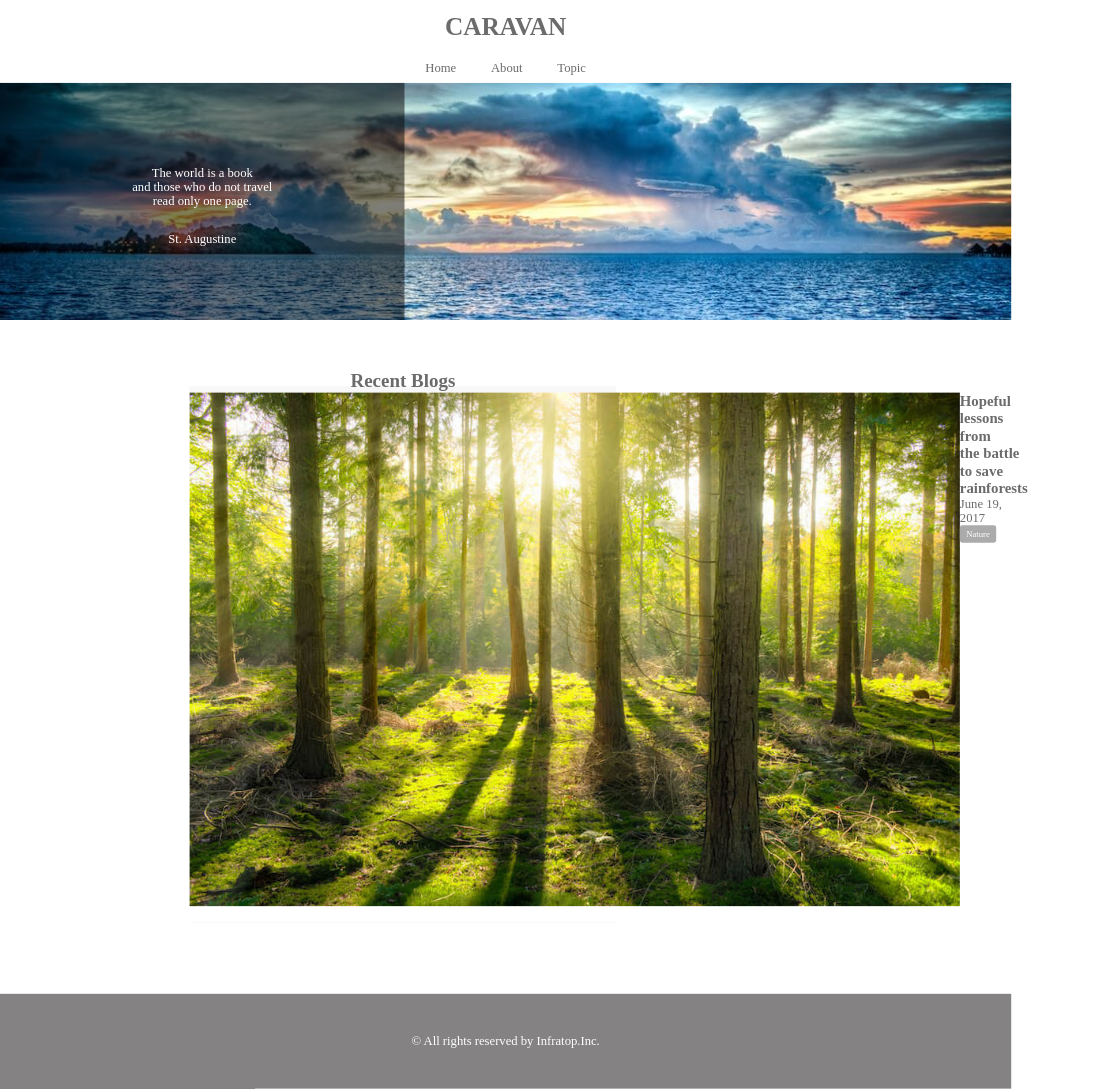
Repository: TKCitoh/html-5-
Page: html 7章/index.html
The author's editor kept a record of every edit. The page is drawn from the files as they stood at one moment, then again after the next edit.
The browser window is 1280 px wide. The page is 1301 px wide, then 1416 px, so the pictures cover 1416 px, including what lies to the right of the window. The pictures show the whole page, at 79% of full size.

Above is the page before.

### html 7章/index.html
<!DOCTYPE html>
<html lang="ja">
  <head>
    <meta charset="UTF-8" />
    <!-- CSSファイルの読み込み -->
    <link rel="stylesheet" href="style.css" />
    <title>CARAVAN</title>
  </head>

  <body>
    <!-- header -->
    <header>
      <h1 class="heading">
        <a href="index.html">
          CARAVAN
        </a>
      </h1>
    </header>

    <!-- navigation -->
    <nav>
      <ul class="nav-list">
        <li class="nav-list-item">
          <a href="index.html">Home</a>
        </li>
        <li class="nav-list-item">About</li>
        <li class="nav-list-item">Topic</li>
      </ul>
    </nav>

    <!-- main-visual用のdiv -->
    <div class="main-visual">
      <div class="main-visual-content">
        <p class="main-visual-text">
          The world is a book<br>
          and those who do not travel<br>
          read only one page.
        </p>
        <p class="main-visual-name">
          St. Augustine
        </p>
      </div>
    </div>

    <!-- main用のdiv -->
    <main>
      <section class="blog">
        <h2 class="blog-heading">Recent Blogs</h2>
        <div class="blog-box">
         <div class="blog-item">
          <img class="blog-image" src="img/forest.jpg">
          <section class="blog-text">
            <h3>
              <div class="blog-text-heading">
              <a href="single.html">
                Hopeful lessons from<br>
                the battle to save<br>
                rainforests
              </a>
              </div>
            </h3>
            <p class="blog-date">June 19, 2017</p>
            <span class="category">Nature</span>
          </section>
        </div>      </section>
      <div class="sidebar"></div>
    </main>

    <!-- footer -->
    <footer>
      <p class="footer-text">© All rights reserved by Infratop.Inc.</p>
    </footer>
  </body>
</html>

### html 7章/style.css
/* ブラウザがそれぞれ持っているCSSをリセットするための記述 */
* {
  margin: 0;
  padding: 0;
  box-sizing: border-box;
  color: #6c6b6b;
}

a {
  text-decoration: none;
}

header {
  width: 90%; /* 横幅90% */
  padding: 15px 0;
  margin: 0 auto;
  text-align: center;
}

header .heading {
  /* headerタグ内のheadingクラスにのみ反映される */
  font-size: 32px;
}

.nav-list {
  text-align: center;
  padding: 10px 0;
  margin: 0 auto;
}

.nav-list-item {
  list-style: none;
  display: inline-block;
  margin: 0 20px;
}

.main-visual {
  width: 100%; /* 横幅いっぱい */
  height: 300px; /* 高さ300px */
  background-image: url(img/mv.jpg);
  background-size: cover; /* 縦横比を維持したまま背景領域を埋め尽くす */
  background-position: center; /* 背景画像を中央に配置 */
}

.main-visual-content {
  width: 40%; /* 横幅40% */
  height: 300px; /* 親の高さに揃える */
  background-color: rgba(0, 0, 0, 0.5); /* 背景色を半透明の黒にする */
  text-align: center; /* 文字を中央揃えにする */
  padding-top: 105px; /* 上側の内側余白で垂直方向の位置を調整 */
}

.main-visual-text {
  color: #fff; /* 文字色を白に変更 */
}

.main-visual-name {
  margin-top: 30px; /* 上側の外側の余白 */
  color: #fff; /* 文字色を白に変更 */
}

main {
  width: 800px; /* 横幅800px */
  display: flex; /* Flexboxの利用 */
  justify-content: center; /* 要素の横並び・中央寄せ */
  margin: 0 auto; /* 要素の中央揃え */
  padding: 70px 0; /* 上下に70px、左右に0pxの内側余白 */
}

.blog {
  width: 540px;
  margin-right: 30px; /* 領域の右側余白 */
}

.blog-heading {
  border-bottom: 8px solid #f7f7f7;
  text-align: center;
  line-height: 0.6;
}

.blog-item {
  padding-bottom: 20px;
  margin-bottom: 20px;
  border-bottom: 1px solid #f7f7f7;
  display: flex;
  justify-content: flex-start;
}



.category {
  display: inline-block;
  padding: 5px 8px;
  background-color: #acabab;
  border-radius: 3px;
  color: #fff;
  font-size: 11px;
}

.sidebar {
  width: 230px;
}

footer {
  width: 100%;
  height: 120px;
  text-align: center;
  line-height: 120px;
  background-color: #848282;
}

.footer-text {
  color: #fff;
}

After the next edit:
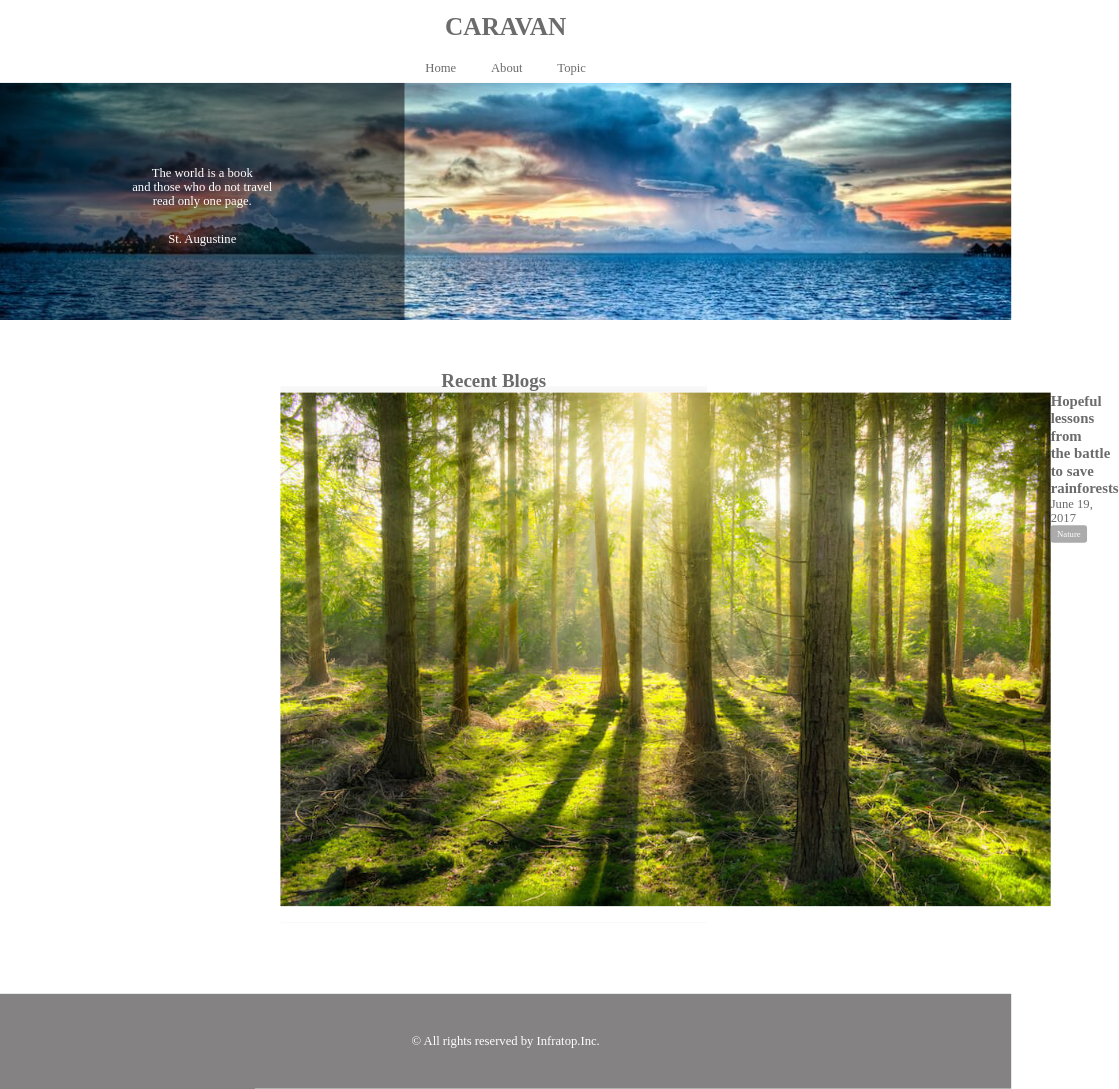
The edit:
--- a/html 7章/index.html
+++ b/html 7章/index.html
@@ -62,7 +62,8 @@
             <p class="blog-date">June 19, 2017</p>
             <span class="category">Nature</span>
           </section>
-        </div>      </section>
+         </div>
+        </div>
       <div class="sidebar"></div>
     </main>
 
